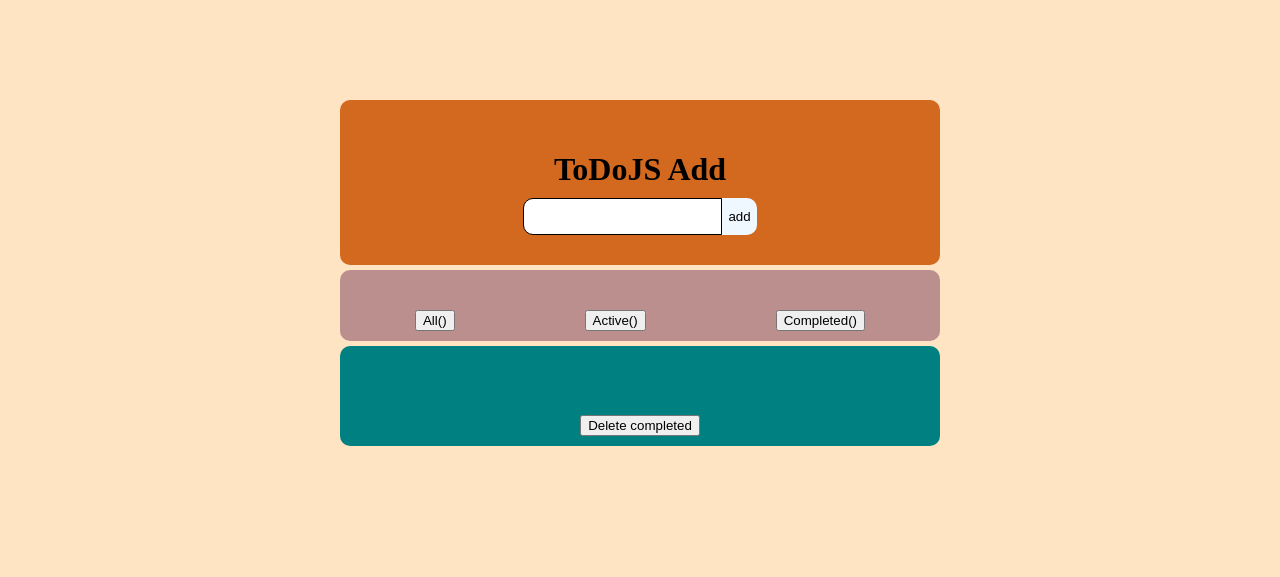
Repository: Savich01/ToDo
Page: index.html
These files come from the project's save history. The page is drawn as it stood at one moment and after the next save; the edit follows.
The browser window is 1280 px wide. The pictures show the whole page.

Above is the page before, as saved 2024-05-06 14:44:05.

### index.html
<!DOCTYPE html>
<html lang="en">
<head>
    <meta charset="UTF-8">
    <meta name="viewport" content="width=device-width, initial-scale=1.0">
    <link rel="stylesheet" href="css/style.css">
    <title>ToDO</title>
</head>
<body>
    <header class="header">
        <div class="header-block">
            <div class="header-block__sub">
                <h1 class="title">ToDoJS Add</h1>
                <form class="personal" action="#">
                    <input class="personal-input" type="text">
                    <button class="personal-btn">add</button>
                </form>
            </div>
        </div>
    </header>
     <main class="main">
        <div class="main-block">

            <div class="main-container">
                <!-- <ul class="main-container--list">
                    <li class="main-container--list-link">
                        <input class="main-checked" type="checkbox" data-action = "done">
                        <span class="main-text">lorem</span>
                    </li>
                    <button class="main--list-btn" data-action = "delete">
                        х
                    </button>
               </ul>  -->
            </div>




            <div class="main-button">
                 <button class="main-btn1">All()</button>
                 <button class="main-btn2">Active()</button>
                 <button class="main-btn3">Completed()</button>
            </div>
            </div>
     </main>
     <footer class="footer">
        <div class="footer-block">
            <div class="footer-btn">
                <button class="btn">Delete completed</button>
            </div>
        </div>
     </footer>
        <script src="js/script.js"></script>
</body>
</html>

### css/style.css
ul,li {
    text-decoration: none;
    list-style: none;
}


/*------------HEADER-------------------------------------*/

body {
    max-width: 100%;
    background: #FFE4C4;
}
.header {
    margin-top: 100px;
    margin-bottom: 5px;
}
.header-block {
    max-width: 600px;
    margin: 0 auto;
    background: #D2691E;
    border-radius: 10px;
}
 .header-block__sub {
    display: flex;
    flex-direction: column;
    justify-content: center;
    align-items: center;
    padding: 30px 0px;
 }

 .title {
    margin-bottom: 10px;
 }

 .personal {
    display: flex;
    justify-content: center;
 }

 .personal-input{
    padding: 10px;
    border: 1px solid #000;
    border-radius: 10px 0px 0px 10px;
 }
.personal-btn {
    border: none;
    background-color: aliceblue;
    border-radius: 0px 10px 10px 0px;
    cursor: pointer;
}
/*------------------MAIN-------------------------------------*/

.main-block {
   max-width: 600px;
   margin: 0 auto;
   background: #BC8F8F;
   min-height: 70px;
   border-radius: 10px;
   display:flex;
   flex-direction: column;
   justify-content: space-between;
   margin-bottom: 5px;
}
.main-button {
    padding: 10px;
    display: flex;
    align-items: flex-end;
    justify-content: space-around

}
.main-container {
    background: rgba(183, 231, 62, 0.699);
    border-radius: 20px;
    margin: 15px;
    /* display: none; */
}
.main-container--list{
    background-color: #20B2AA;
    border-radius: 10px;
    margin: 25px;
    display: flex;
    align-items: center;
    justify-content: space-between;
}
.main-container--list-link {
    padding: 10px;
    display: flex;
    align-items: center;
}
.main-checked{
    width: 20px;
    height: 16px;
    cursor: pointer;
}
.main-text{
    display: inline-block;
    margin-left: 15px;
}
.main--list-btn{
    min-width: 20px;
    max-width: 23px;
    background: #FFFFE0;
    align-items: center;
    margin-right: 25px;
    cursor: pointer;
    border: none;
    background: #B22222;
}

/*------------------FOOTER--------------------------------------------------*/

.footer-block {
    max-width: 600px;
    margin: 0 auto;
    background: #008080;
    height: 100px;
    border-radius: 10px;
    display: flex;
    align-items: flex-end;
    justify-content: space-around;
}
.footer-btn {
    padding: 10px;
}

### js/script.js
"Use strict";

const form = document.querySelector('.personal');
const input = document.querySelector('.personal-input');
const block = document.querySelector('.main-container');
const addList = document.querySelector('.main-container--list')


function addTask(){
    // Отменяем отправку формы
    event.preventDefault();

    // Достаем текст задачи из поля ввода

    const taskText = input.value;
    console.log(taskText);

    //Формируем разметку для новой задачи

    const taskHTML = `<div class="main-container">
                <ul class="main-container--list">
                    <li class="main-container--list-link">
                        <input class="main-checked" type="checkbox" data-action = "done">
                        <span class="main-text">${taskText}</span>
                    </li>
                    <button class="main--list-btn" data-action = "delete">
                        х
                    </button>
               </ul>
            </div>
                    `


    // Добавляем задачу на страницу

    block.insertAdjacentHTML('beforeend', taskHTML)

    // Отчищаем поле ввода

    input.value = '';
    input.focus();
}



// Добавление задачи
form.addEventListener('submit', addTask);

// // Удаление задачи
block.addEventListener('click', deleteTask);

function deleteTask(event){


    if(event.target.dataset.action === 'delete'){
        console.log('delete!!!');
    };
};

After the next save:
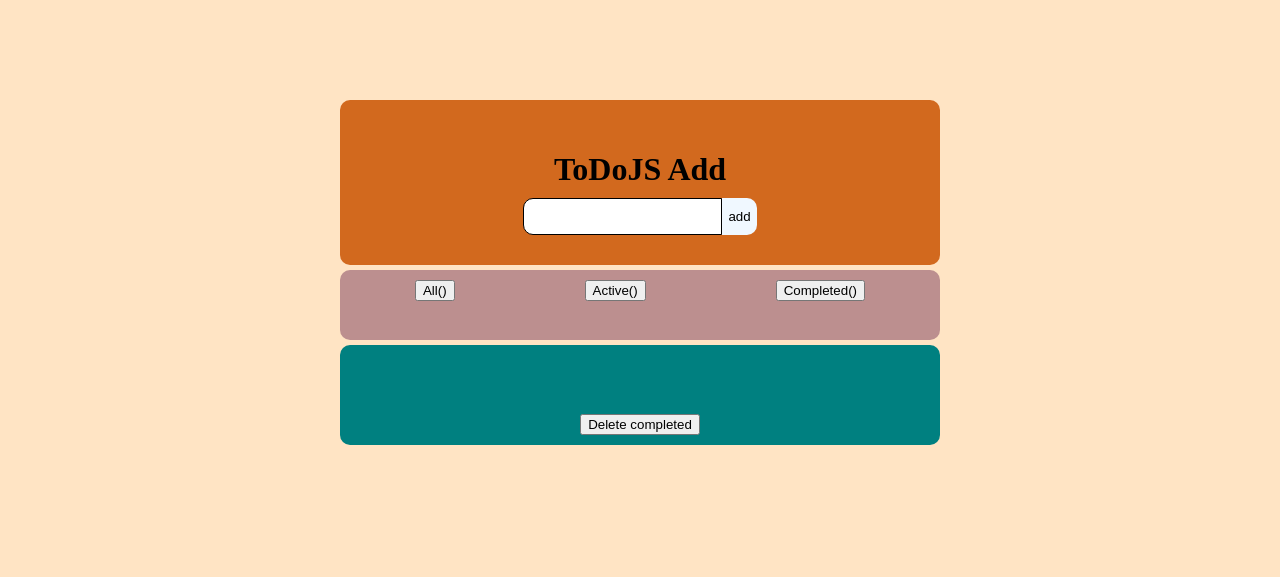
Console error: TypeError: Cannot read properties of null (reading 'addEventListener')
Saved 106 s later.
--- a/index.html
+++ b/index.html
@@ -21,8 +21,8 @@
      <main class="main">
         <div class="main-block">
 
-            <div class="main-container">
-                <!-- <ul class="main-container--list">
+            <!-- <div class="main-container">
+                <ul class="main-container--list">
                     <li class="main-container--list-link">
                         <input class="main-checked" type="checkbox" data-action = "done">
                         <span class="main-text">lorem</span>
@@ -30,8 +30,8 @@
                     <button class="main--list-btn" data-action = "delete">
                         х
                     </button>
-               </ul>  -->
-            </div>
+               </ul>
+            </div> -->
 
 
 

After the save that followed:
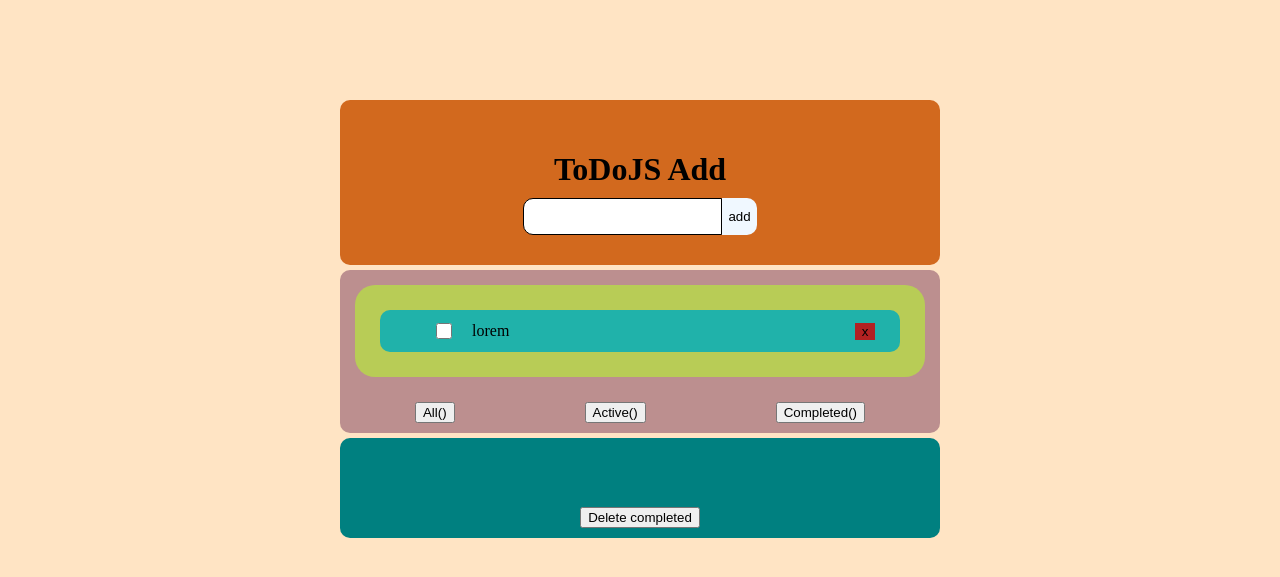
The error is gone.
Saved 8 s later.
--- a/index.html
+++ b/index.html
@@ -21,7 +21,7 @@
      <main class="main">
         <div class="main-block">
 
-            <!-- <div class="main-container">
+            <div class="main-container">
                 <ul class="main-container--list">
                     <li class="main-container--list-link">
                         <input class="main-checked" type="checkbox" data-action = "done">
@@ -31,7 +31,7 @@
                         х
                     </button>
                </ul>
-            </div> -->
+            </div>
 
 
 
